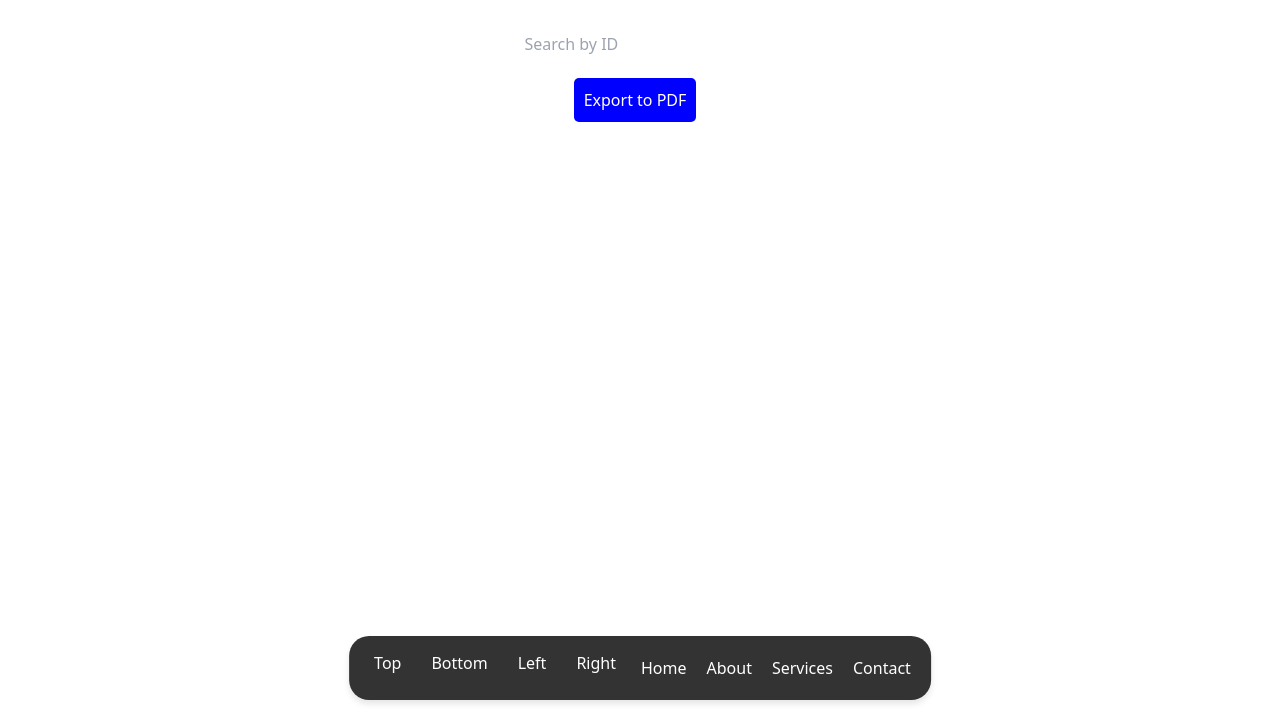
Repository: shash0708/GMR-Lines
Page: /past-records (app in frontend/)
An editor plug-in stored every save of this project. The page is shown before and after a run of saves, followed by the edit.
The browser window is 1280 px wide. The pictures show the whole page.
The page's requests for data from a server got no answer. The project was rebuilt for these pictures with package versions that can differ from the ones it lists, and the page was loaded fresh each time. No one was signed in, and anything a server would have sent is missing. Also part of the build but not shown: frontend/src/components/Buttons/Buttons.component.jsx, frontend/src/components/Home/Home.component.jsx, frontend/src/components/Form/Form.css, frontend/src/components/speedDail/SpeedDail.component.jsx, frontend/src/components/Form/Form.component.jsx, frontend/src/components/Card/Card.jsx, frontend/src/components/Data/DataCard.jsx, frontend/src/components/Data/Data.component.jsx and 3 more.

Above is the page before, as saved 2024-09-08 23:09:27.

After the next 2 saves:
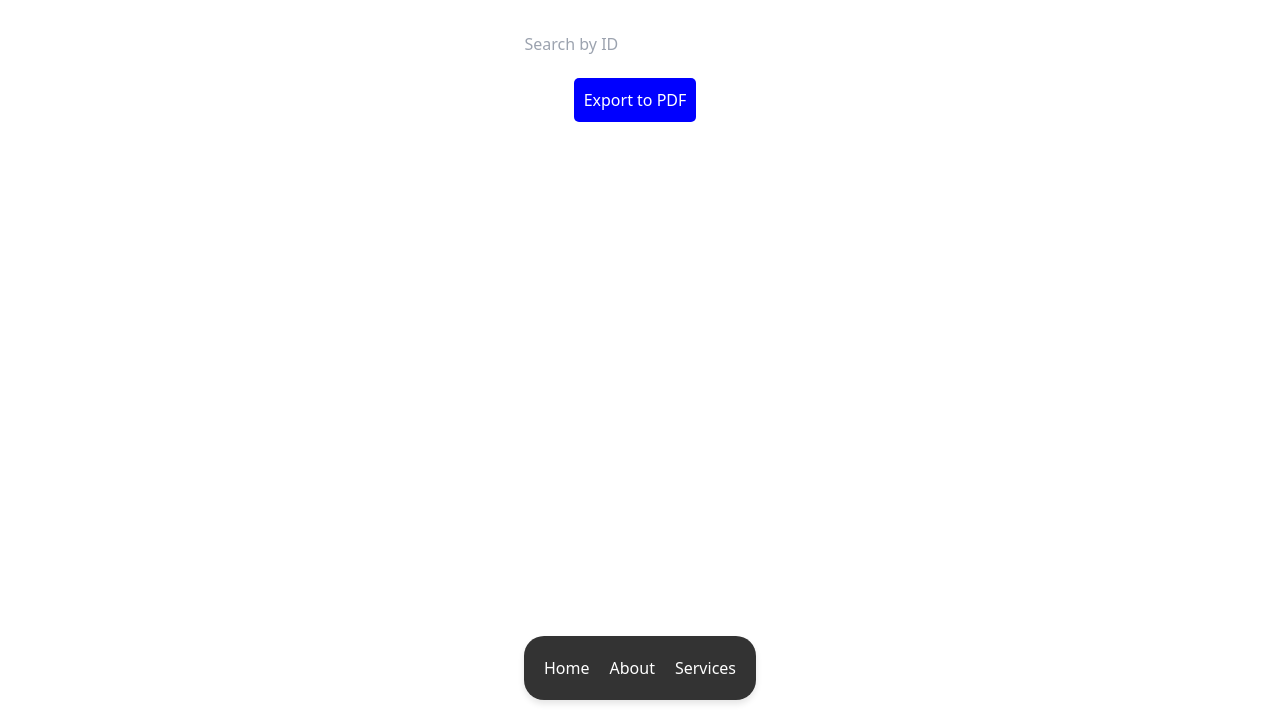
The 2 saves are shown as one change because they came seconds apart.
The last was saved 15 s later.
--- a/frontend/src/components/Header/Header.component.jsx
+++ b/frontend/src/components/Header/Header.component.jsx
@@ -26,17 +26,17 @@
 
   return (
     <div className={`navbar ${showNavbar ? 'show' : 'hide'}`}>
-      <div className="navbar-content">
+      {/* <div className="navbar-content">
         <button>Top</button>
         <button>Bottom</button>
         <button>Left</button>
         <button>Right</button>
-      </div>
+      </div> */}
       <div className="navbar-items">
         <a href="#home">Home</a>
         <a href="#about">About</a>
         <a href="#services">Services</a>
-        <a href="#contact">Contact</a>
+        {/* <a href="#contact">Contact</a> */}
       </div>
     </div>
   );
